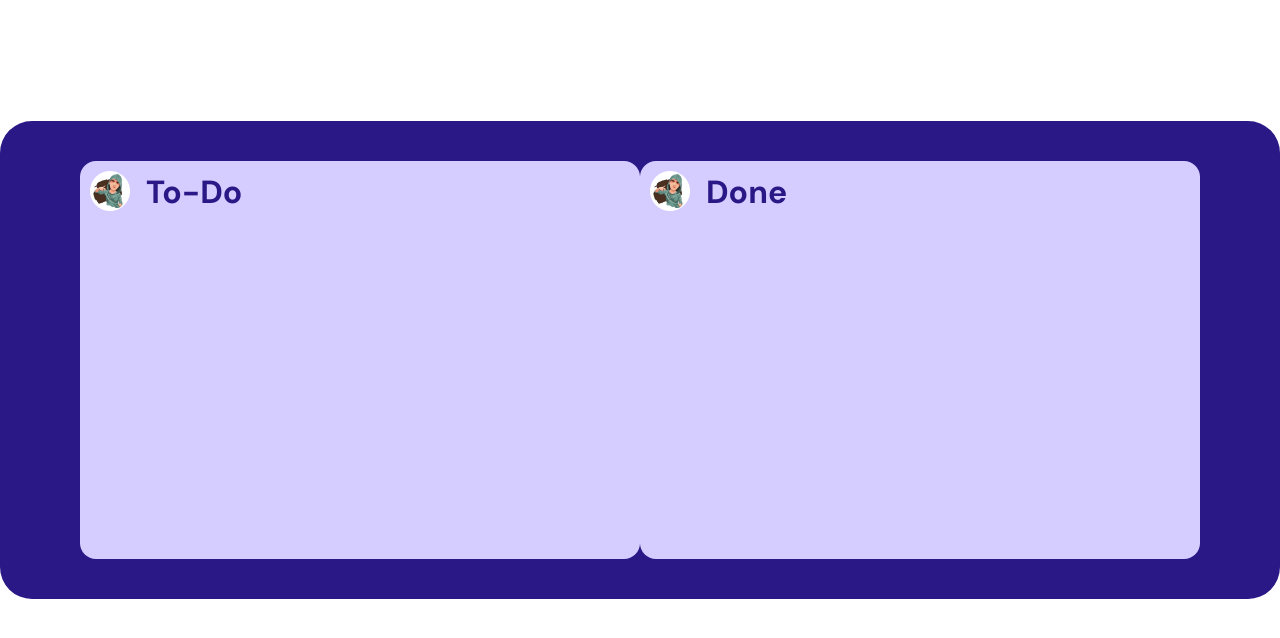
Repository: VitasYo/Kanban
Page: index.html
The author's editor kept a copy of each file at every save. The page is drawn from the files as they stood at one save, then again after the next save.
The browser window is 1280 px wide. The pictures show the whole page.

Above is the page before, as saved 2024-04-14 23:26:18.

### index.html
<!DOCTYPE html>
<html lang="en">
<head>
  <meta charset="UTF-8">
  <meta name="viewport" content="width=device-width, initial-scale=1.0">
  <link rel="stylesheet" href="./src/assets/css/index.css">
  <title>To-Do-List-Kanban</title>
</head>
<body>
  <main class="kanban">
    <section class="kanban__column kanban__column_to_do">
      <div class="kanban__title_and_icon">
        <img height=40 width=40 src="src/assets/img/Avatar.jpg" alt="Аватар">
        <h2 class="kanban__title">To-Do</h2>
      </div>

    </section>

    <section class="kanban__column kanban__column--done">
      <div class="kanban__title_and_icon">
        <img height=40 width=40 src="src/assets/img/Avatar.jpg" alt="Аватар">
        <h2 class="kanban__title">Done</h2>
      </div>
    </section>
  </main>
  </body>
<script src="./src/assets/js/index.js"></script>
</html>

### src/assets/css/index.css
@import url('https://fonts.googleapis.com/css2?family=DM+Sans:opsz,wght@9..40,100;9..40,200;9..40,300;9..40,400;9..40,500;9..40,600;9..40,700;9..40,800;9..40,900;9..40,1000&display=swap');
@import './component/_kanban.css';
@import './_media.css';



* {
  font-family: 'DM Sans', sans-serif;
}

* {
  box-sizing: border-box;
  margin: 0;
  padding: 0;
}

body {
  font-family: 'Arial', sans-serif;
  background-color: white;
  color: white;
  display: flex;
  flex-direction: column;
  min-height: 100vh;
}


.header__title,
.footer__text {
  margin: 0;
  padding: 10px 0;
}

.container {
  width: 100%;
  padding-right: 15px;
  padding-left: 15px;
  margin-right: auto;
  margin-left: auto;
}

### src/assets/css/component/_kanban.css
.kanban {
    display: flex;
    flex-wrap: wrap;
    justify-content: space-around;
    flex-grow: 1;
    flex: 0 0 100%;
    border-radius: 32px;
    border: 40px solid #2B1887;
    background-color: #2B1887;
    display: grid;
    grid-template-columns: 1fr 1fr;
    margin: auto;
    padding-inline: 40px;
}

.kanban__column {
    height: 398px;
    width: 560px;
    background-color: #D5CCFF;
    border-radius: 16px;
    padding: 10px;
}

.kanban__column_to_do {

}

.kanban__title {
    color: #2B1887;
    font-size: 32px;
    margin-bottom: 24px;
    padding-left: 16px;
}

.kanban__title_and_icon {
    display: flex;
}

### src/assets/css/_media.css
@media (min-width: 576px) {
    .container {
        max-width: 540px;
    }
}

@media (min-width: 768px) {
    .container {
        max-width: 720px;
    }
}

@media (min-width: 992px) {
    .container {
        max-width: 960px;
    }
}

@media (min-width: 1200px) {
    .container {
        max-width: 1140px;
    }
}

@media (min-width: 1400px) {
    .container {
        max-width: 1320px;
    }
}

@media screen and (min-width: 640px) {
    .kanban__column {
        flex: 0 0 calc(33.333% - 20px);
    }
}

Loaded but not shown: src/assets/js/index.js (no stored copy; drawn as an empty file)

After the next save:
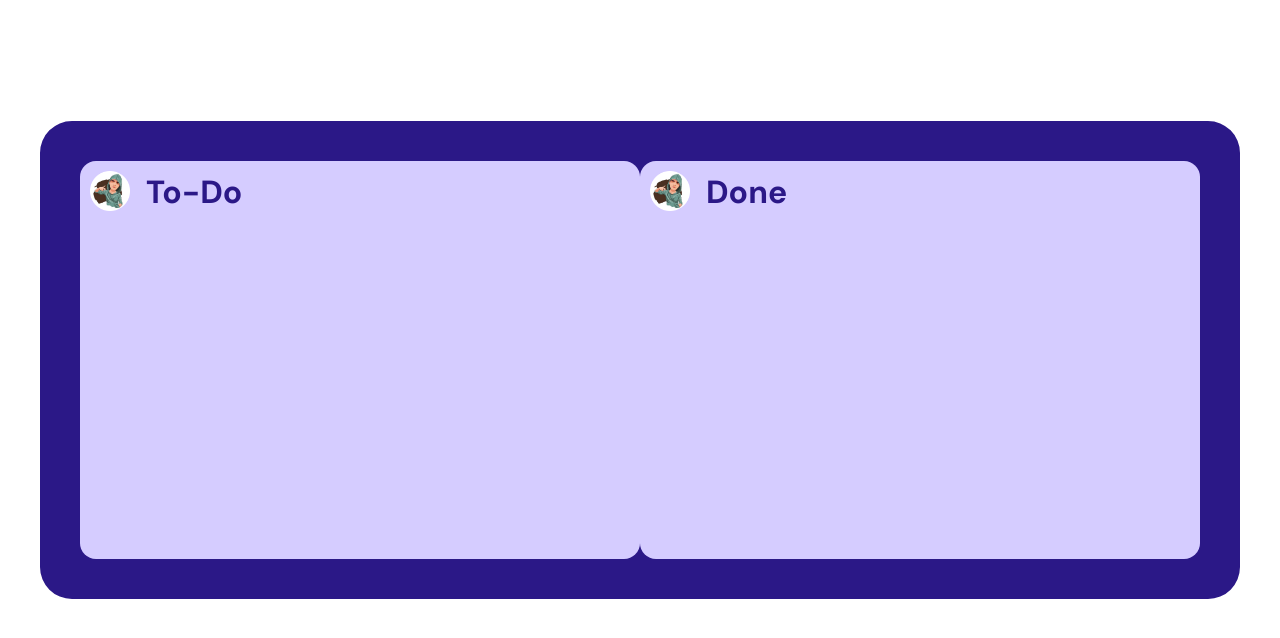
Saved 12 s later.
--- a/src/assets/css/component/_kanban.css
+++ b/src/assets/css/component/_kanban.css
@@ -10,7 +10,6 @@
     display: grid;
     grid-template-columns: 1fr 1fr;
     margin: auto;
-    padding-inline: 40px;
 }
 
 .kanban__column {
